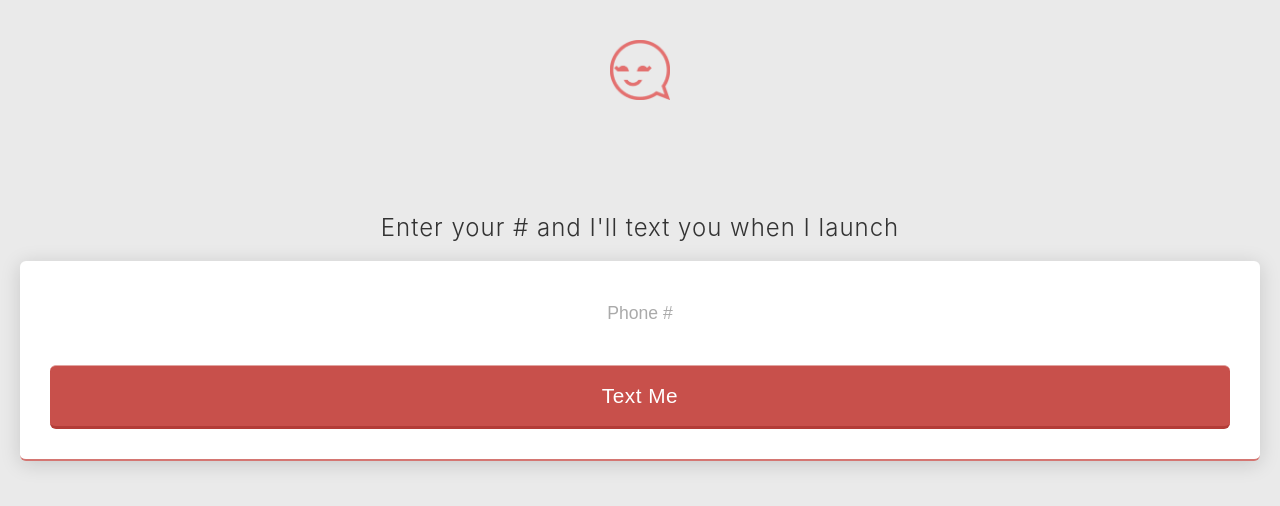
Repository: mattbobgithub/rosybot-ui
Page: rosybot-ui/dist/index.html
These files come from the project's save history. The page is drawn as it stood at one moment and after the next save; the edit follows.
The browser window is 1280 px wide. The pictures show the whole page.
Some web libraries are served in a nearby version.

Above is the page before, as saved 2017-10-14 16:37:31.

### rosybot-ui/dist/index.html
<!DOCTYPE html>
<html>
<head>
<meta charset="utf-8">
<meta http-equiv="X-UA-Compatible" content="IE=edge">
<meta name="viewport"
	content="width=device-width, initial-scale=1, maximum-scale=1, minimum-scale=1, user-scalable=no, minimal-ui">
<title>Rosybot</title>
<link rel="shortcut icon" href="favicon.png" type="image/x-icon">
<link href="normalize.css" rel="stylesheet">
<link href="index.css" rel="stylesheet">
</head>
<body>
	<div class="logo"></div>
	<div class="container" style="text-align: center;">
		<div class="confirm-message" id="confirmMessage"></div>
		<h2 id="welcomeMessage"></h2>
		<div id="rosyClickableArea">
			<form id="rosy_custobmer_subscribe_form">
				<div class="form-groups">
					<div class="form-group"
						style="margin-left: 30px; margin-right: 30px; padding-top: 30px">

						<input class="subscribe-phone" id="customerPhone" type="tel"
							placeholder="Phone #" onchange="changePhoneNumber(this)">

						<div class="bottom-buttons">
							<button class="full" type="submit">Text Me</button>
						</div>


					</div>
				</div>
				<!--/ .input-group -->

			</form>
		</div>


	</div>

	<script
		src="https://ajax.googleapis.com/ajax/libs/jquery/1.11.2/jquery.min.js"></script>
	<script type="text/javascript" src="js/index.js"></script>
</body>

<div id="rosySpinnerOverlay" class="modal"></div>
</html>

### rosybot-ui/dist/index.css
html {
	box-sizing: border-box;
}

*, *:before, *:after {
	box-sizing: inherit;
}

::-webkit-input-placeholder {
	color: #aaa;
}

body {
	padding: 20px;
	font-family: -apple-system, BlinkMacSystemFont, 'Segoe UI', Roboto,
		Helvetica, Arial, sans-serif, 'Apple Color Emoji', 'Segoe UI Emoji',
		'Segoe UI Symbol';
	line-height: 1.5;
	background: #eaeaea;
	color: #444;
	font-weight: 200;
}

.modal {
    display:    none;
    position:   fixed;
    z-index:    1000;
    top:        0;
    left:       0;
    height:     100%;
    width:      100%;
    background: rgba( 255, 255, 255, .8 )
                url('rosy-spinner.gif')
                50% 50%
                no-repeat;
}

/* When the body has the loading class, we turn
   the scrollbar off with overflow:hidden */
body.loading {
    overflow: hidden;
}

/* Anytime the body has the loading class, our
   modal element will be visible */
body.loading .modal {
    display: block;
}

h2 {
	color: #333333;
	font-weight: 300;
	letter-spacing: 1px;
	margin-top: 30px;
	margin-bottom: 15px;
}

h2:first-of-type {
	margin-top: 0;
}

.form-groups {
	background: white;
	box-shadow: 0 3px 20px rgba(0, 0, 0, 0.15);
	border-radius: 6px;
	border-bottom: solid 2px #d47672;
}

.form-group {
	border-bottom: 1px solid #eee;
}

.form-group:last-of-type {
	border-bottom: none;
}

.form-group label {
	display: block;
	font-size: 85%;
	padding: 8px 12px 0 12px;
	font-weight: 400;
}

.form-group input {
	padding: 5px 0;
	display: block;
	width: 100%;
	font-size: 110%;
	padding: 12px;
	background: transparent;
	font-weight: 300;
}

input {
	border: none;

}

.subscribe-phone{
	text-align: center;

}
.logo {
	height: 60px;
	background: url("rosybot_red.png");
	background-repeat: no-repeat;
	background-position: center;
	background-size: contain;
	margin: 20px 0 30px 0;
}

.bottom-buttons {
	margin: 30px 0;
}

button.full {
	background: #c8504b;
	display: block;
	border: none;
	width: 100%;
	padding: 15px;
	border-top: solid 1px #e2a4a1;
	border-bottom: solid 3px #b33c37;
	border-radius: 6px;
	color: white;
	font-weight: 300;
	font-size: 130%;
	letter-spacing: 0.5px;
	height: 64px;

}

button.full.primary {
	border-top: solid 1px #d67e7a;
	padding: 8px;
	background: #ac3934;
	border-bottom-color: #8c2f2b;
	margin-bottom: 20px;

}

.select-wrapper {
	padding: 5px 10px 10px 10px;
}

select {
	border: solid 1px #aaa;
	display: block;
	padding: 8px;
	width: 100%;
	font-size: 110%;
	font-weight: 300;
	border-radius: 4px;
	border-bottom: solid 2px #da8986;
}

.textarea-wrapper {
	padding: 5px 10px 10px 10px;

}

.order-total-wrapper {
	padding: 5px 10px 10px 10px;
		font-weight: 500;
}

textarea {
	border: solid 1px #aaa;
	display: block;
	padding: 8px;
	width: 100%;
	font-size: 110%;
	font-weight: 300;
	border-radius: 4px;
	border-bottom: solid 2px #da8986;
}

.image-wrapper {
	padding: 5px 10px 10px 10px;
}

.confirm-message{
	padding: 40px;
	color: #ac3934;
}

### rosybot-ui/dist/js/index.js
$(document)
		.ready(
				function() {


					var welcomeMessage = "Enter	your # and I'll text you when I launch";

					$('#welcomeMessage').text(welcomeMessage);

					//hide submit button until phone number input is valid
					$('#rosy_customer_subscribe_button').attr('disabled','disabled');


				});





function changePhoneNumber(data){
	var phoneNum = data.value;
	phoneNum = phoneNum.replace(/\D/g,'');
	console.log("phone change:" + phoneNum);
	if(phoneNum.length>=10){
		console.log("phone valid");
		$('#rosy_customer_subscribe_button').removeAttr('disabled');

		document.forms['rosy_custobmer_subscribe_form'].elements['customerPhone'].value = formatPhoneNumber(phoneNum);

	}else{
		console.log("phone INvalid");
	}


}


function formatPhoneNumber(s) {
  var s2 = (""+s).replace(/\D/g, '');
	  var output;
	  if(s2.length>=10){
		s2 = s2.substr(0,10);
	  var m = s2.match(/^(\d{3})(\d{3})(\d{4})$/);
	  output = m[1] + "-" + m[2] + "-" + m[3];
	  }else{
		  output = s;
	  }

	   return output;
	}




$('#rosy_custobmer_subscribe_form').submit(function(e){
	//
//	        // Stop form submission & check the validation
	        e.preventDefault();
        var phoneNum = $('#customerPhone').val();
	        console.log(phoneNum);

	        $('#welcomeMessage').css({'color':'red', 'font-size': '150%' });
	    	$('#welcomeMessage').text('THANKS! Rosy will text you when she launches');

	    	$('#rosyClickableArea').hide();

	    	$.ajax({
	    				type : 'POST',
	    				url : 'https://a61pwasdn9.execute-api.us-east-1.amazonaws.com/custApiStage1/api/rosycustomer',
	    				data : JSON.stringify ({customerPhone: phoneNum}),
	    				success : function(data) {
	    					console.log('successful update customer:' + data);

	    				},
	    				 error: function(data) {
	    				       console.log("error on subscribe rosy." + data);
	    				       $('#welcomeMessage').text('Oops, Rosy had a problem, please try later');

	    				    },
	    				contentType : "application/json",
	    				dataType : 'json'
	    			});



			$("#rosy_custobmer_subscribe_form :input").attr("disabled", true);

	    	//return false to prevent page reload
	    	 return false;

});








Array.prototype.move = function(from, to) {
	this.splice(to, 0, this.splice(from, 1)[0]);
};

function objectifyForm(formArray) {// serialize data function

	var returnArray = {};
	for (var i = 0; i < formArray.length; i++) {

		//find delivery date
		returnArray[formArray[i]['name']] = formArray[i]['value'];
	}
	return returnArray;
}

function objectifyForm(formArray) {// serialize data function

	var returnArray = {};
	for (var i = 0; i < formArray.length; i++) {

		//find delivery date
		returnArray[formArray[i]['name']] = formArray[i]['value'];
	}
	return returnArray;
}


function convertPhoneForSave(phone){
	phone = phone.replace(/\D/g,'');
	phone = '1'+phone;
	return phone;
}

Loaded but not shown: rosybot-ui/dist/normalize.css (library)

After the next save:
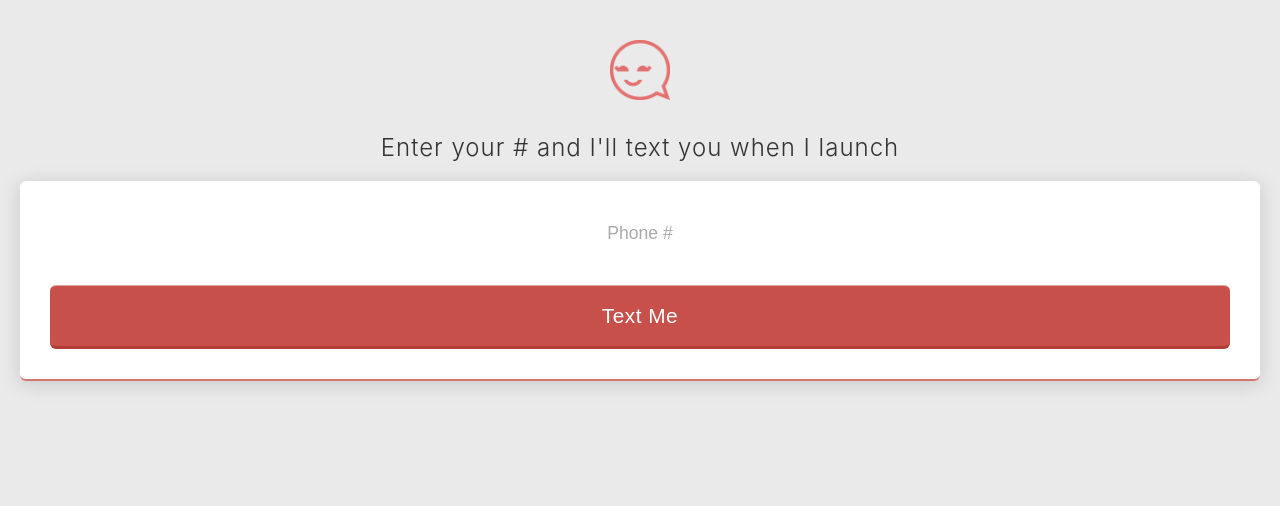
Saved 20 s later.
--- a/rosybot-ui/dist/index.html
+++ b/rosybot-ui/dist/index.html
@@ -13,7 +13,6 @@
 <body>
 	<div class="logo"></div>
 	<div class="container" style="text-align: center;">
-		<div class="confirm-message" id="confirmMessage"></div>
 		<h2 id="welcomeMessage"></h2>
 		<div id="rosyClickableArea">
 			<form id="rosy_custobmer_subscribe_form">
